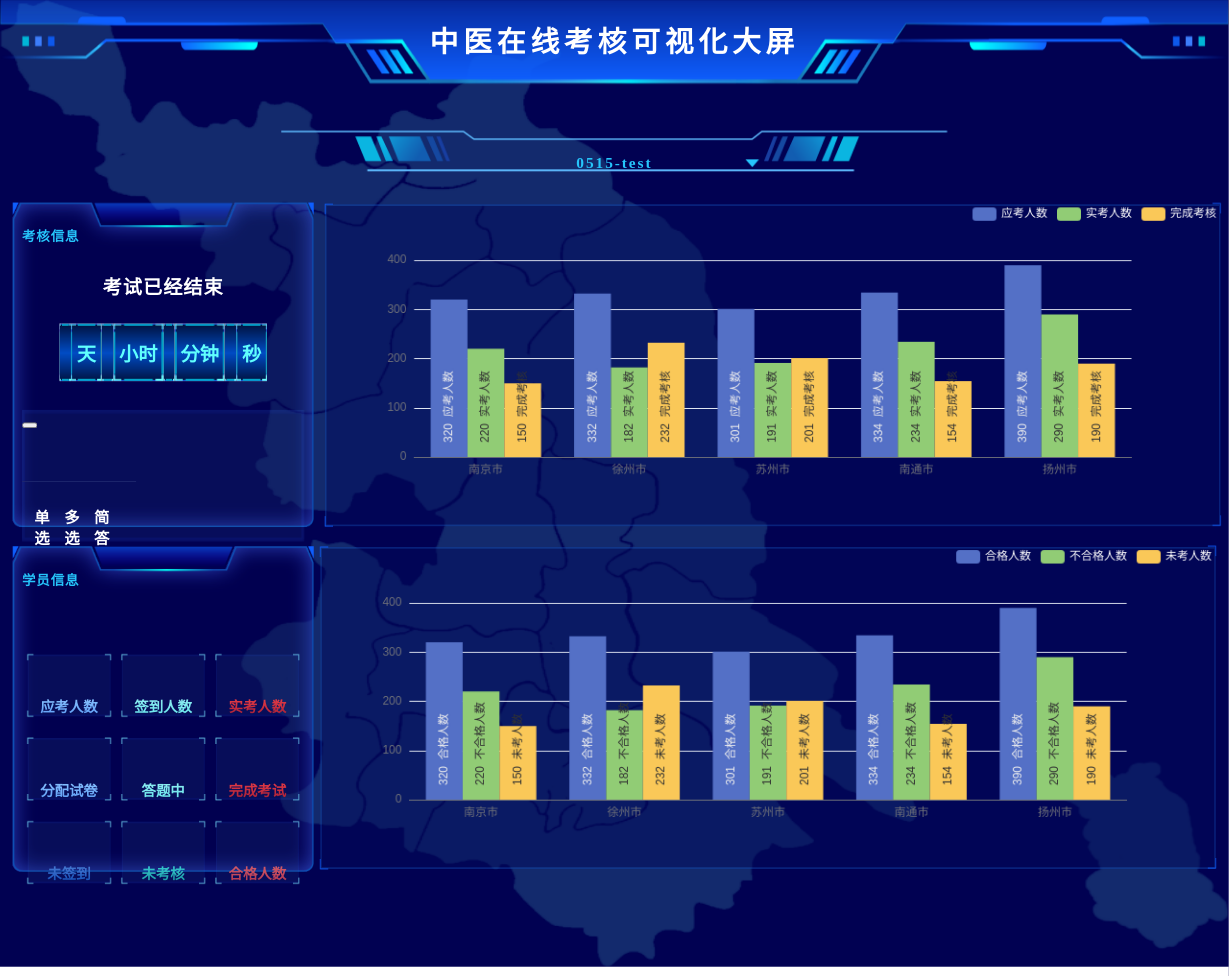
Repository: krislorem/medicine-online-datascreen-vue
Page: /
These files come from the project's save history. The page is drawn as it stood at one moment and after the next save; the edit follows.
The browser window is 1280 px wide. The pictures show the whole page, at 96% of full size.
The project was rebuilt for these pictures with package versions that can differ from the ones it lists, and the page was loaded fresh each time. Also part of the build but not shown: vite.config.ts.

Above is the page before, as saved 2024-12-04 20:53:55.

### src/main.ts
import './assets/main.css'

import { createApp } from 'vue'
import { createPinia } from 'pinia'
import ElementPlus from 'element-plus'
import 'element-plus/dist/index.css'
import App from './App.vue'
import router from './router'

const app = createApp(App)

app.use(createPinia())
app.use(router)
app.use(ElementPlus)
app.mount('#app')

### src/assets/main.css
body, html {
  overflow: hidden;
  margin: 0 auto;
  padding: 0;
}

### src/App.vue
<template>
  <div>
    <RouterView></RouterView>
  </div>
</template>

<script setup lang="ts">

</script>

<style scoped>
</style>

### src/views/HomeView.vue
<template>
  <div class="home">
    <nav>
      <h1>中医在线考核可视化大屏</h1>
    </nav>
    <div id="mid-bar">
      <select id="info">
        <option>0515-test</option>
      </select>
    </div>
    <div id="all-info">
      <div id="left">
        <div class="item item-1">
          <p class="top-name"><span>考核信息</span></p>
          <p class="time-title"><span>考试已经结束</span></p>
          <div class="time-container">
            <div class="time-box" style=";"><span class="time-num">{{ }}</span></div>
            <div class="time-box" style=";"><span class="time-num">天</span></div>
            <div class="time-box" style=";"><span class="time-num">{{ }}</span></div>
            <div class="time-box" style=";"><span class="time-num">小时</span></div>
            <div class="time-box" style=";"><span class="time-num">{{ }}</span></div>
            <div class="time-box" style=";"><span class="time-num">分钟</span></div>
            <div class="time-box" style=";"><span class="time-num">{{ }}</span></div>
            <div class="time-box" style=";"><span class="time-num">秒</span></div>
          </div>
          <div class="result">
            <div class="ivu-carousel" style="height: 100%;">
              <button type="button" class="left ivu-carousel-arrow ivu-carousel-arrow-hover">
                <i class="ivu-icon ivu-icon-ios-arrow-back"></i>
              </button>
              <div class="ivu-carousel-list">
                <div class="ivu-carousel-track higher"
                  style="width: 119px; transform: translate3d(0px, 0px, 0px); transition: transform 500ms; visibility: visible;">
                  <div class="ivu-carousel-item" style="width: 119px; height: auto; left: 0px;">
                    <div class="res-topbar">
                      <span>{{ }}</span>
                      <span>{{ }}</span>
                    </div>
                    <div class="res-box">
                      <div class="res-item">
                        <span>单选</span>
                        <p>{{ }}</p>
                      </div>
                      <div class="res-item">
                        <span>多选</span>
                        <p>{{ }}</p>
                      </div>
                      <div class="res-item">
                        <span>简答</span>
                        <p>{{ }}</p>
                      </div>
                    </div>
                  </div>
                </div>
              </div>
            </div>

          </div>
        </div>
        <div class="item item-2">
          <p class="top-name i2-top"><span>学员信息</span></p>
          <div class="i2">
            <div class="box">
              <p class="num bg-lg-blue">{{ }}</p>
              <p class="title bg-lg-blue">应考人数</p>
            </div>
            <div class="box">
              <p class="num bg-lg-cyan">{{ }}</p>
              <p class="title bg-lg-cyan">签到人数</p>
            </div>
            <div class="box">
              <p class="num bg-lg-red">{{ }}</p>
              <p class="title bg-lg-red">实考人数</p>
            </div>
            <div class="box">
              <p class="num bg-lg-blue">{{ }}</p>
              <p class="title bg-lg-blue">分配试卷</p>
            </div>
            <div class="box">
              <p class="num bg-lg-cyan">{{ }}</p>
              <p class="title bg-lg-cyan">答题中</p>
            </div>
            <div class="box">
              <p class="num bg-lg-red">{{ }}</p>
              <p class="title bg-lg-red">完成考试</p>
            </div>
            <div class="box">
              <p class="num bg-lg-blue2">{{ }}</p>
              <p class="title bg-lg-blue2">未签到</p>
            </div>
            <div class="box">
              <p class="num bg-lg-cyan2">{{ }}</p>
              <p class="title bg-lg-cyan2">未考核</p>
            </div>
            <div class="box">
              <p class="num bg-lg-red2">{{ }}</p>
              <p class="title bg-lg-red2">合格人数</p>
            </div>
          </div>
        </div>
      </div>
      <div id="right">
        <div class="item mb-22">
          <div style="width: 100%;height: 335px;">
            <div id="msg1"
              style="width: 100%; height: 335px; -webkit-tap-highlight-color: transparent; user-select: none; position: relative;">
            </div>
          </div>
        </div>
        <div class="item">
          <div style="width: 100%; height: 335px;">
            <div id="msg2"
              style="width: 100%; height: 335px; -webkit-tap-highlight-color: transparent; user-select: none; position: relative;">
            </div>
          </div>
        </div>
      </div>
    </div>
  </div>
</template>

<style scoped>
body {
  font-family: Helvetica Neue, Helvetica, PingFang SC, Hiragino Sans GB, Microsoft YaHei, "\5FAE\8F6F\96C5\9ED1", Arial, sans-serif;
  font-size: 12px;
  line-height: 1.5;
  color: #515a6e;
  background-color: #fff;
  -webkit-font-smoothing: antialiased;
  -moz-osx-font-smoothing: grayscale;
}

.home {
  background: #010152 url(/ditu.png) 50% no-repeat;
  background-size: 100% 100%;
}

.home nav {
  background-image: url(/dingbu.png);
  background-size: 100% 100%;
  background-repeat: no-repeat;
  overflow: hidden;
  display: -webkit-box;
  display: -ms-flexbox;
  display: flex;
  -webkit-box-align: center;
  -ms-flex-align: center;
  align-items: center;
}

.home nav h1 {
  font-size: 30px;
  font-family: PingFangSC-Semibold, PingFang SC;
  font-weight: 600;
  color: #fff;
  line-height: 58px;
  letter-spacing: 5px;
  margin: 15px auto;
}

.home #mid-bar {
  width: 694px;
  height: 43px;
  background: url(/nav.png) no-repeat;
  margin: 48px auto 0;
  padding-top: 12px;
  display: -webkit-box;
  display: -ms-flexbox;
  display: flex;
  -webkit-box-pack: center;
  -ms-flex-pack: center;
  justify-content: center;
  -webkit-box-align: center;
  -ms-flex-align: center;
  align-items: center;
}

.home #mid-bar #info {
  appearance: none;
  -moz-appearance: none;
  -webkit-appearance: none;
  background: transparent url('/jiantou.png') no-repeat scroll 100%;
  width: 302px;
  height: 22px;
  font-size: 16px;
  text-align: center;
  font-family: PingFangSC-Semibold, PingFang SC;
  font-weight: 600;
  color: #26c5fb;
  line-height: 22px;
  letter-spacing: 2px;
  border: none;
}

#all-info {
  width: 100%;
  height: 796px;
  margin: 20px auto 10px;
  display: -webkit-box;
  display: -ms-flexbox;
  display: flex;
  -ms-flex-pack: distribute;
  justify-content: space-around;
}

#all-info #left {
  width: 23%;
  height: 100%;
}


#all-info #left .item {
  height: 40%;
  width: 100%;
  padding: 10px;
  background-image: url(/kuang2.png);
  background-size: 100% 100%;
}

#all-info #left .item .top-name>span {
  width: 64px;
  height: 20px;
  font-size: 14px;
  font-family: PingFangSC-Semibold, PingFang SC;
  font-weight: 600;
  color: #26c5fb;
  line-height: 20px;
  letter-spacing: 1px;
}

#all-info #left .item-1 {
  margin-bottom: 20px;
}

#all-info #left .item-1 .time-title {
  text-align: center;
  font-size: 20px;
  font-family: PingFangSC-Semibold, PingFang SC;
  font-weight: 600;
  color: #fff;
  line-height: 20px;
  letter-spacing: 1px;
  margin: 32px auto 28px;
}

#all-info #left .item-1 .time-container {
  height: 60px
}

#all-info #left .item-1 .time-container,
#all-info #left .item-1 .time-container .time-box {
  display: -webkit-box;
  display: -ms-flexbox;
  display: flex;
  -webkit-box-pack: center;
  -ms-flex-pack: center;
  justify-content: center;
}

#all-info #left .item-1 .time-container .time-box {
  background-image: url('/kuang3.png');
  background-repeat: no-repeat;
  background-size: 100% 100%;
  -webkit-box-align: center;
  -ms-flex-align: center;
  align-items: center;
  background-color: #d7606b;
}

#all-info #left .item-1 .time-container .time-box .time-num {
  font-size: 20px;
  padding: 6px;
  font-family: PingFangSC-Semibold, PingFang SC;
  font-weight: 600;
  color: #60fffd
}

#all-info #left .item-1 .time-container .time-box .dupunkto {
  font-size: 28px;
  font-family: PingFangSC-Semibold, PingFang SC;
  font-weight: 600;
  color: #60fffd
}

#all-info #left .item-1 .result {
  width: 100%;
  height: 43%;
  background-image: url('/kuang4.png');
  background-size: 100% 100%;
  margin: 30px auto 0;
  font-size: 16px;
  font-family: PingFangSC-Semibold, PingFang SC;
  font-weight: 600;
  color: #fff;
  line-height: 22px;
}

#all-info #left .item-1 .result .res-sub-title {
  width: 100%;
  height: 100%;
  display: -webkit-box;
  display: -ms-flexbox;
  display: flex;
  -webkit-box-align: center;
  -ms-flex-align: center;
  align-items: center;
  -webkit-box-pack: center;
  -ms-flex-pack: center;
  justify-content: center;
  font-size: 20px;
  font-family: PingFangSC-Semibold, PingFang SC;
  font-weight: 600
}

#all-info #left .item-1 .result .res-topbar {
  height: 47px;
  border-bottom: 1px solid #1e266e;
  -webkit-box-align: end;
  -ms-flex-align: end;
  align-items: flex-end;
  padding: 0 19px 5px 14px
}

#all-info #left .item-1 .result .res-box,
#all-info #left .item-1 .result .res-topbar {
  display: -webkit-box;
  display: -ms-flexbox;
  display: flex;
  -webkit-box-pack: justify;
  -ms-flex-pack: justify;
  justify-content: space-between
}

#all-info #left .item-1 .result .res-box {
  height: 57px;
  margin: 27px 13px 0
}

#all-info #left .item-1 .result .res-box .res-item {
  display: -webkit-box;
  display: -ms-flexbox;
  display: flex;
  -webkit-box-orient: vertical;
  -webkit-box-direction: normal;
  -ms-flex-direction: column;
  flex-direction: column;
  -ms-flex-pack: distribute;
  justify-content: space-around;
  -webkit-box-align: center;
  -ms-flex-align: center;
  align-items: center
}

#all-info #left .item-1 .result .res-box p {
  margin-top: 13px
}

#all-info #left .item-2 {
  display: -webkit-box;
  display: -ms-flexbox;
  display: flex;
  -webkit-box-orient: vertical;
  -webkit-box-direction: normal;
  -ms-flex-direction: column;
  flex-direction: column
}


#all-info #left .item-2 .i2-top {
  padding-bottom: 30px;
}

#all-info #left .item-2 .i2 {
  width: 100%;
  margin: 20px auto;
  display: -webkit-box;
  display: -ms-flexbox;
  display: flex;
  -ms-flex-wrap: wrap;
  flex-wrap: wrap;
  -ms-flex-pack: distribute;
  justify-content: space-around;
}

#all-info #left .item-2 .i2 .box {
  width: 30%;
  height: 67px;
  margin-bottom: 20px;
  padding: 20px auto;
  background-image: url('/kuang5.png');
  background-size: 100%;
  background-repeat: no-repeat;
}

#all-info #left .item-2 .i2 .box>.num {
  width: 77px;
  height: 45px;
  font-size: 27px;
  line-height: 45px
}

#all-info #left .item-2 .i2 .box>.num,
#all-info #left .item-2 .i2 .box>.title {
  font-family: PingFangSC-Semibold, PingFang SC;
  font-weight: 600;
  color: #fff;
  text-align: center;
  background-clip: text;
  -webkit-background-clip: text;
  -webkit-text-fill-color: transparent;
  margin: 0 auto;
}

#all-info #left .item-2 .i2 .box>.title {
  width: 64px;
  height: 22px;
  font-size: 15px;
  line-height: 22px
}

#all-info #right {
  width: 73%;
  height: 100%;
}

#all-info #right .item {
  width: 100%;
  height: 338px;
  background-image: url(/kuang1.png);
  background-size: 100% 100%
}

#all-info #right .mb-22 {
  margin-left: 5px;
  margin-bottom: 19px
}

.bg-lg-blue {
  background: -webkit-gradient(linear, left top, left bottom, from(#8ac4ff), to(#5999f4));
  background: linear-gradient(180deg, #8ac4ff, #5999f4)
}

.bg-lg-cyan {
  background: -webkit-gradient(linear, left top, left bottom, from(#92eef2), to(#62e4eb));
  background: linear-gradient(180deg, #92eef2, #62e4eb)
}

.bg-lg-red {
  background: -webkit-gradient(linear, left top, left bottom, from(#ee3f47), to(#9a1b35));
  background: linear-gradient(180deg, #ee3f47, #9a1b35)
}

.bg-lg-blue2 {
  background: -webkit-gradient(linear, left top, left bottom, from(#4d7ed5), to(#0a47b3));
  background: linear-gradient(180deg, #4d7ed5, #0a47b3)
}

.bg-lg-cyan2 {
  background: -webkit-gradient(linear, left top, left bottom, from(#3bd3d6), to(#158c98));
  background: linear-gradient(180deg, #3bd3d6, #158c98)
}

.bg-lg-red2 {
  background: -webkit-gradient(linear, left top, left bottom, from(#d7606b), to(#a72f4d));
  background: linear-gradient(180deg, #d7606b, #a72f4d)
}
</style>
<script setup lang="ts">
import * as echarts from 'echarts';
import { onMounted } from 'vue'
const labelOption = {
  show: true,
  position: 'insideBottom',
  distance: 15,
  align: 'left',
  verticalAlign: 'middle',
  rotate: 90,
  formatter: '{c}  {name|{a}}',
  fontSize: 12,
  rich: {
    name: {}
  }
};
const option1 = {
  tooltip: {
    trigger: 'axis',
    axisPointer: {
      type: 'shadow'
    }
  },
  legend: {
    left: 'right',
    textStyle: {
      color: '#fff',
    },
    data: ['应考人数', '实考人数', '完成考核']
  },
  xAxis: [
    {
      type: 'category',
      axisTick: { show: false },
      data: ['南京市', '徐州市', '苏州市', '南通市', '扬州市']
    }
  ],
  yAxis: [
    {
      type: 'value'
    }
  ],
  series: [
    {
      name: '应考人数',
      type: 'bar',
      barGap: 0,
      label: labelOption,
      emphasis: {
        focus: 'series'
      },
      data: [320, 332, 301, 334, 390]
    },
    {
      name: '实考人数',
      type: 'bar',
      label: labelOption,
      emphasis: {
        focus: 'series'
      },
      data: [220, 182, 191, 234, 290]
    },
    {
      name: '完成考核',
      type: 'bar',
      label: labelOption,
      emphasis: {
        focus: 'series'
      },
      data: [150, 232, 201, 154, 190]
    }
  ]
};
const option2 = {
  tooltip: {
    trigger: 'axis',
    axisPointer: {
      type: 'shadow'
    }
  },
  legend: {
    left: 'right',
    textStyle: {
      color: '#fff',
    },
    data: ['合格人数', '不合格人数', '未考人数']
  },
  xAxis: [
    {
      type: 'category',
      axisTick: { show: false },
      data: ['南京市', '徐州市', '苏州市', '南通市', '扬州市']
    }
  ],
  yAxis: [
    {
      type: 'value'
    }
  ],
  series: [
    {
      name: '合格人数',
      type: 'bar',
      barGap: 0,
      label: labelOption,
      emphasis: {
        focus: 'series'
      },
      data: [320, 332, 301, 334, 390]
    },
    {
      name: '不合格人数',
      type: 'bar',
      label: labelOption,
      emphasis: {
        focus: 'series'
      },
      data: [220, 182, 191, 234, 290]
    },
    {
      name: '未考人数',
      type: 'bar',
      label: labelOption,
      emphasis: {
        focus: 'series'
      },
      data: [150, 232, 201, 154, 190]
    }
  ]
};
onMounted(() => {
  let chartDom1 = document.getElementById('msg1');
  let chartDom2 = document.getElementById('msg2');
  let myChart1 = echarts.init(chartDom1);
  let myChart2 = echarts.init(chartDom2);
  option1 && myChart1.setOption(option1);
  option2 && myChart2.setOption(option2);
})


</script>

Loaded but not shown: index.html (common file); src/router/index.ts (common file)

After the next save:
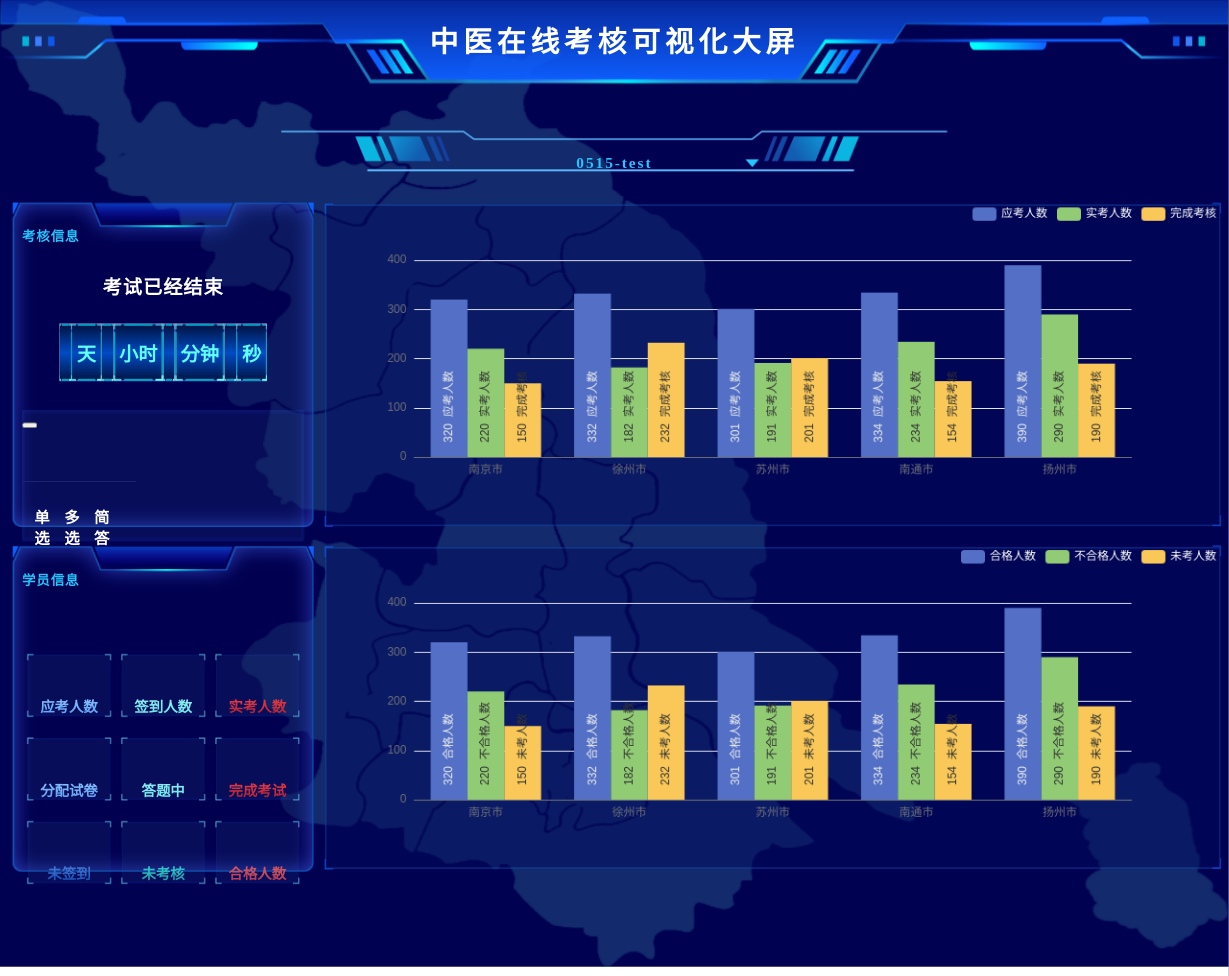
Saved 13 s later.
--- a/src/views/HomeView.vue
+++ b/src/views/HomeView.vue
@@ -426,12 +426,12 @@ body {
 #all-info #right .item {
   width: 100%;
   height: 338px;
+  margin-left: 5px;
   background-image: url(/kuang1.png);
   background-size: 100% 100%
 }
 
 #all-info #right .mb-22 {
-  margin-left: 5px;
   margin-bottom: 19px
 }
 
